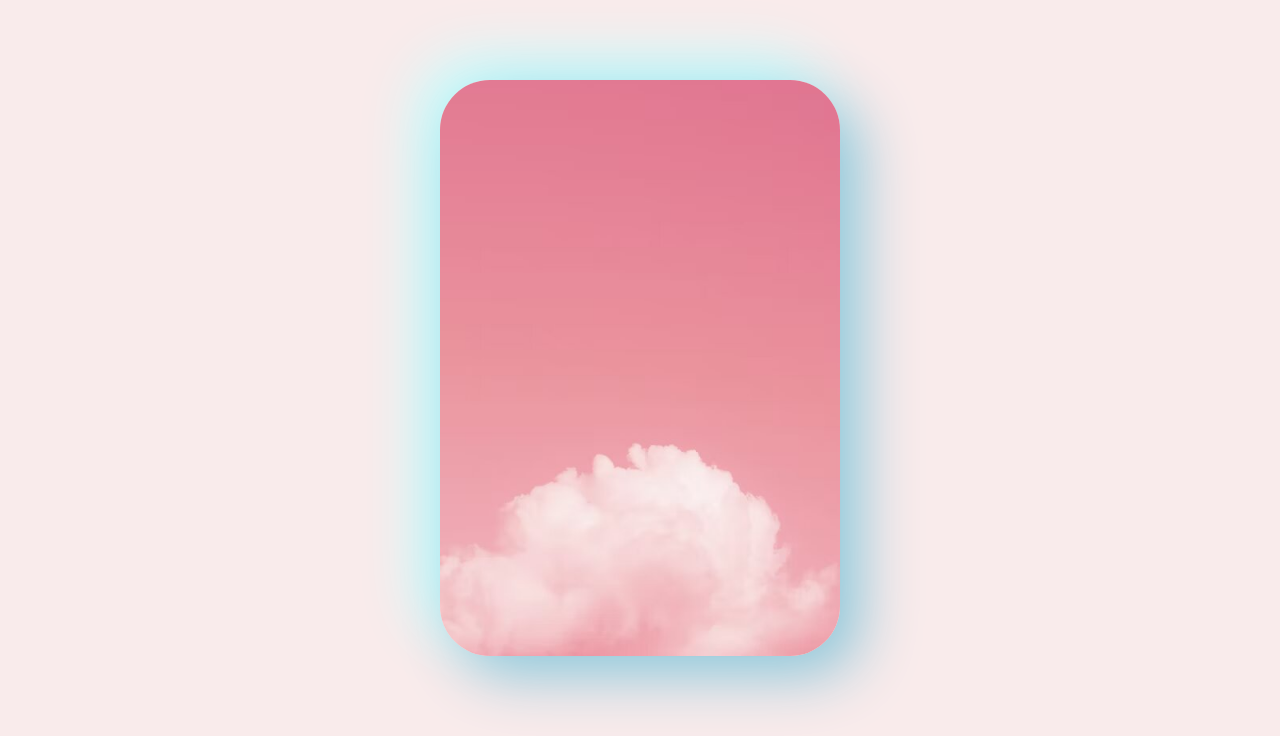
Repository: asya-aisa/grocery-list
Page: /
The author's editor kept a copy of each file at every save. The page is drawn from the files as they stood at one save, then again after the next save.
The browser window is 1280 px wide. The pictures show the whole page.
The project was rebuilt for these pictures with package versions that can differ from the ones it lists, and the page was loaded fresh each time.

Above is the page before, as saved 2023-07-14 14:54:25.

After the next save:
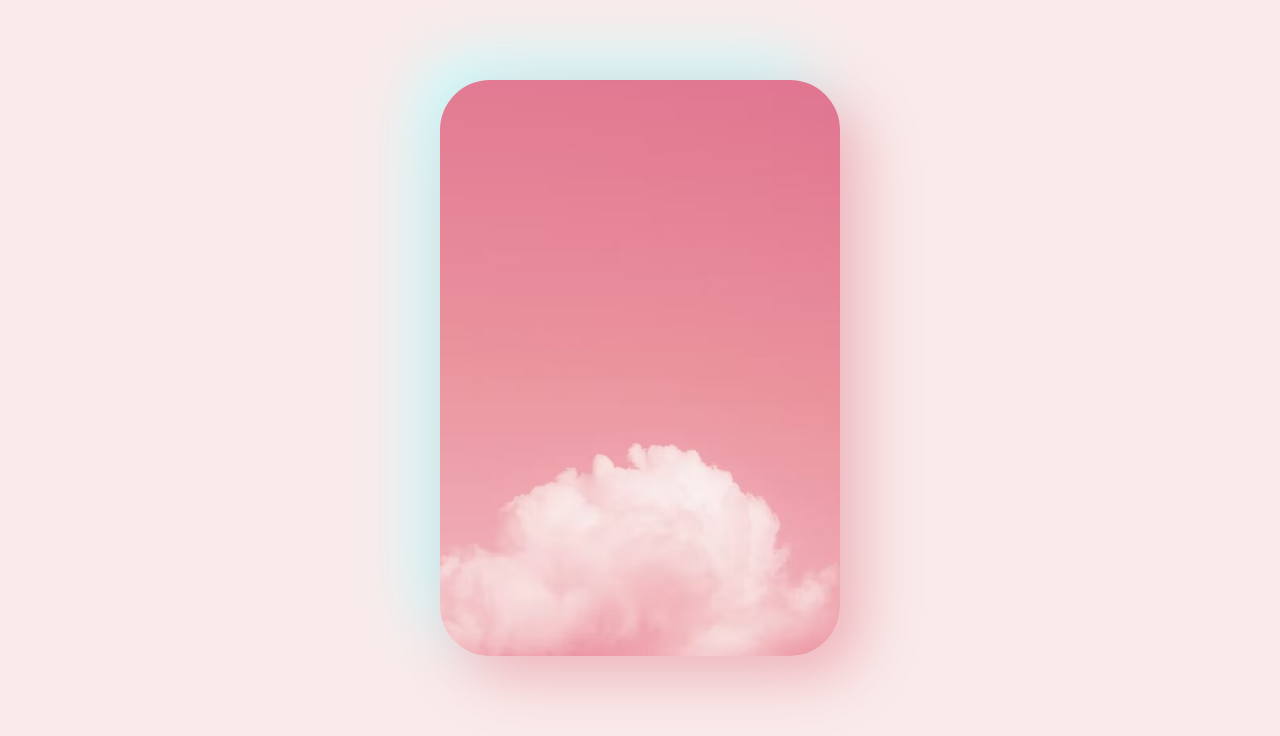
Saved 32 s later.
--- a/src/App.css
+++ b/src/App.css
@@ -7,7 +7,7 @@
   min-height: 80vh;
   margin: 80px auto;
   border-radius: 50px;
-  box-shadow:  20px 20px 60px #8fc6d9,
+  box-shadow:  20px 20px 60px #f1b0b8,
              -20px -20px 60px #c1ffff;
 }
 body {
